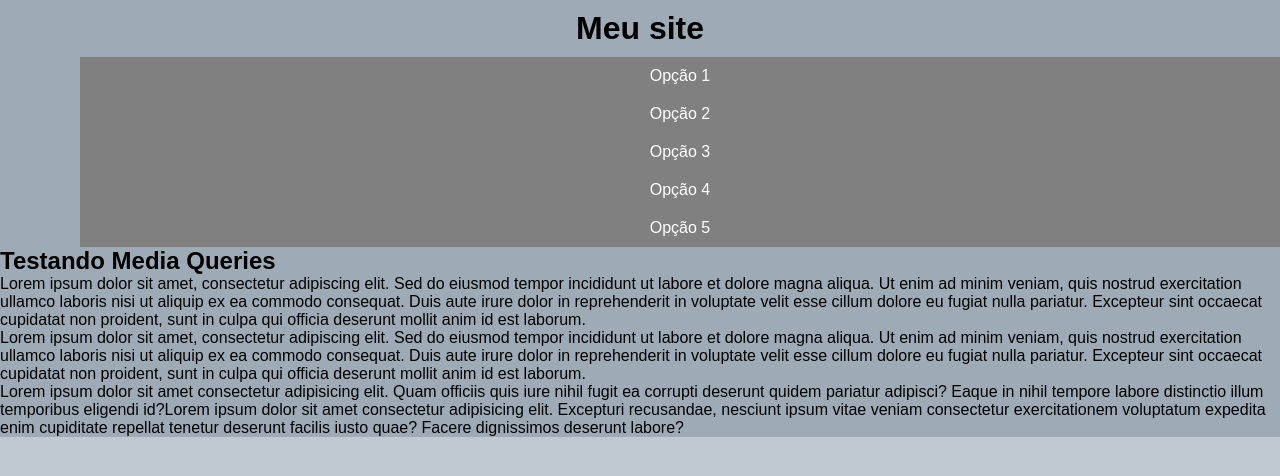
Repository: Sandro1969-tech/menu-hamburger
Page: index.html
An editor plug-in stored every save of this project. The page is shown before and after the next save, followed by the edit.
The browser window is 1280 px wide. The pictures show the whole page.

Above is the page before, as saved 2025-12-25 18:07:57.

### index.html
<!DOCTYPE html>
<html lang="pt-br">
<head>
    <meta charset="UTF-8">
    <meta name="viewport" content="width=device-width, initial-scale=1.0">
    <title>Media Queries</title>
    <link rel="stylesheet" href="style.css">
</head>
<body>
  <header>
    <main>
            <h1>Meu site</h1>
            <menu>
                <ul>
                    <li><a href="#">Opção 1</a></li>
                    <li><a href="#">Opção 2</a></li>
                    <li><a href="#">Opção 3</a></li>
                    <li><a href="#">Opção 4</a></li>
                    <li><a href="#">Opção 5</a></li>
                </ul>
            </menu>
                <article>
                    <h2>Testando Media Queries</h2>
                    <p>Lorem ipsum dolor sit amet, consectetur adipiscing elit. Sed do eiusmod tempor incididunt ut labore et dolore magna aliqua. Ut enim ad minim veniam, quis nostrud exercitation ullamco laboris nisi ut aliquip ex ea commodo consequat. Duis aute irure dolor in reprehenderit in voluptate velit esse cillum dolore eu fugiat nulla pariatur. Excepteur sint occaecat cupidatat non proident, sunt in culpa qui officia deserunt mollit anim id est laborum.</p>
                    <p>Lorem ipsum dolor sit amet, consectetur adipiscing elit. Sed do eiusmod tempor incididunt ut labore et dolore magna aliqua. Ut enim ad minim veniam, quis nostrud exercitation ullamco laboris nisi ut aliquip ex ea commodo consequat. Duis aute irure dolor in reprehenderit in voluptate velit esse cillum dolore eu fugiat nulla pariatur. Excepteur sint occaecat cupidatat non proident, sunt in culpa qui officia deserunt mollit anim id est laborum.</p>
                    <p> Lorem ipsum dolor sit amet consectetur adipisicing elit. Quam officiis quis iure nihil fugit ea corrupti deserunt quidem pariatur adipisci? Eaque in nihil tempore labore distinctio illum temporibus eligendi id?Lorem ipsum dolor sit amet consectetur adipisicing elit. Excepturi recusandae, nesciunt ipsum vitae veniam consectetur exercitationem voluptatum expedita enim cupiditate repellat tenetur deserunt facilis iusto quae? Facere dignissimos deserunt labore?</p>
                </article>
    </main>
  </header>
</body>
</html>

### style.css
@charset "UTF-8";

* {
    font-family: Arial, Helvetica, sans-serif;
    margin: 0;
}

body {
    background-color:
    rgba(119, 136, 153, 0.459);
}
header {
    background-color:rgba(119, 136, 153, 0.459);
;
}

h1 {
padding: 10px;
text-align: center;
}

menu {
    display: block;
}
menu > ul {
    list-style-type: none;
}
menu a {
    display: block;
    padding: 10px;
    text-decoration: none;
    background-color: grey;
    text-align: center;
    color: white;
}

After the next save:
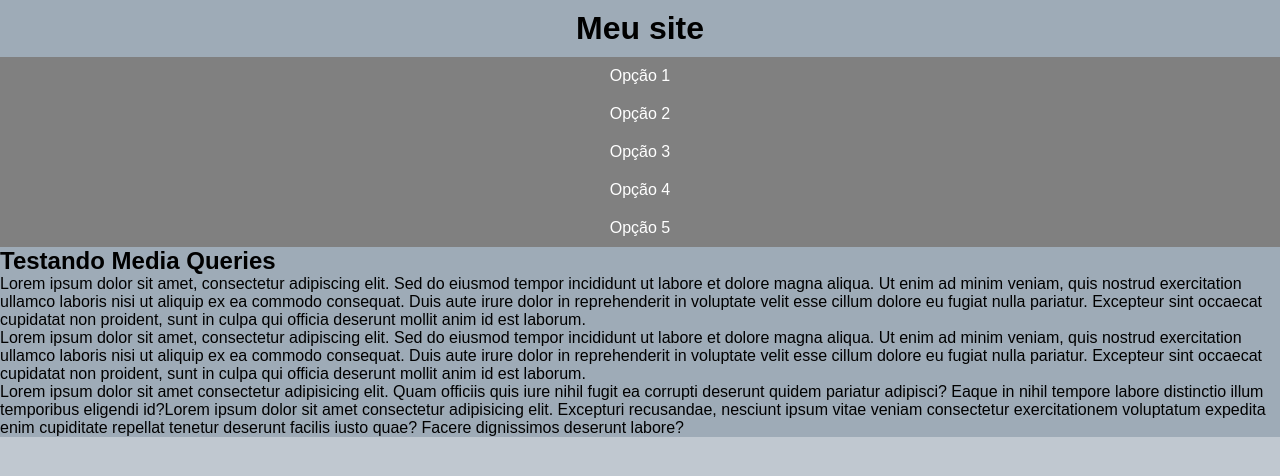
Saved 4 s later.
--- a/style.css
+++ b/style.css
@@ -3,6 +3,7 @@
 * {
     font-family: Arial, Helvetica, sans-serif;
     margin: 0;
+    padding: 0;
 }
 
 body {
